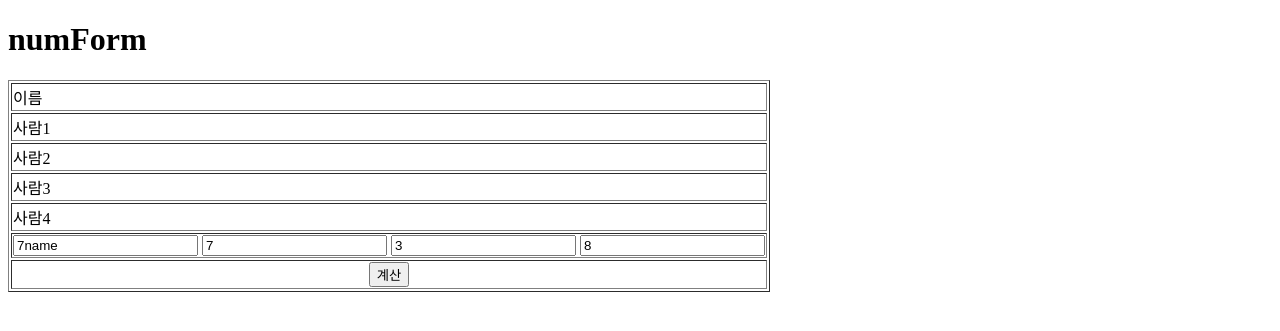
Repository: Jhoon0211/java_work
Page: http://localhost/jspProj/request/numForm2.jsp
An editor plug-in stored every save of this project. The page is shown before and after the next save, followed by the edit.
The browser window is 1280 px wide. The pictures show the whole page.
The page is served by Tomcat 9.

Above is the page before, as saved 2023-07-27 09:20:16.

After the next save:
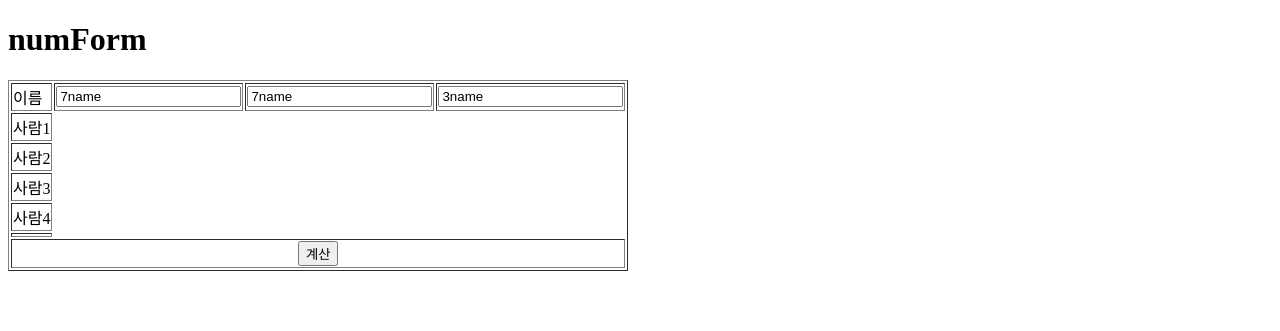
Saved 46 s later.
--- a/jspProj/src/main/webapp/request/numForm2.jsp
+++ b/jspProj/src/main/webapp/request/numForm2.jsp
@@ -39,6 +39,9 @@
 		<table border="">
 			<tr>
 				<td>이름</td>
+				<td><input type="text" name="student" value="<%=(int)(Math.random()*10) + "name" %>"/></td>
+				<td><input type="text" name="student" value="<%=(int)(Math.random()*10) + "name" %>"/></td>
+				<td><input type="text" name="student" value="<%=(int)(Math.random()*10) + "name" %>"/></td>
 			</tr>
 			<tr>
 				<td>사람1</td>
@@ -54,10 +57,7 @@
 			</tr>
 			<tr>
 				<td>
-					<input type="text" name="student" value="<%=(int)(Math.random()*10) + "name" %>"/>
-					<input type="text" name="student" value="<%=(int)(Math.random()*10) %>"/>
-					<input type="text" name="student" value="<%=(int)(Math.random()*10) %>"/>
-					<input type="text" name="student" value="<%=(int)(Math.random()*10) %>"/>
+
 				</td>
 			</tr>
 
